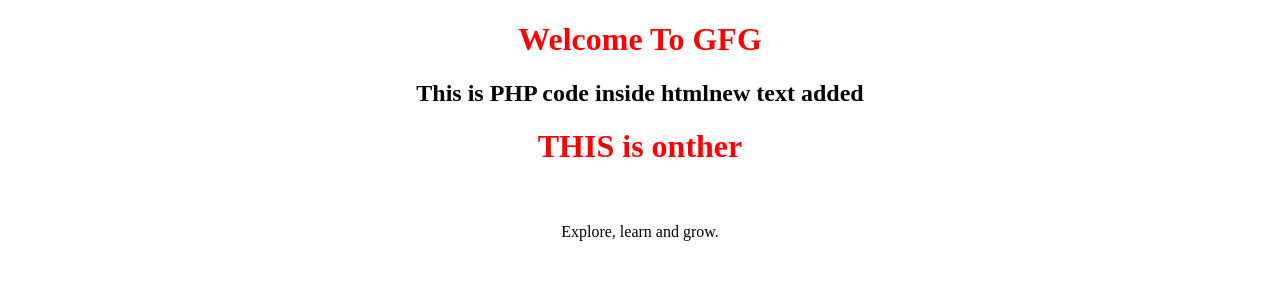
Repository: anish9914/phpprojectgh
Page: http://localhost/exsample1.php
The author's editor kept a copy of each file at every save. The page is drawn from the files as they stood at one save, then again after the next save.
The browser window is 1280 px wide. The pictures show the whole page.
The page is run by PHP 8.4 with error messages shown; the project is at /var/www/html/.

Above is the page before, as saved 2022-12-14 11:13:55.

### exsample1.php
<!DOCTYPE html>
<html>

<head>
    <style>
        h1 {
            color: red;
        }
    </style>
</head>

<body>
    <center>
        <h1>Welcome To GFG</h1>

        <h2>
            <?php
            echo "This is PHP code inside html";
            echo "new text added<br>";


            ?>
        </h2>

        <h1>THIS is onther</h1>
        <br><br>

        <?php
        echo 'Explore, learn and grow.'
        ?>
        </p>
    </center>
</body>

</html>

After the next save:
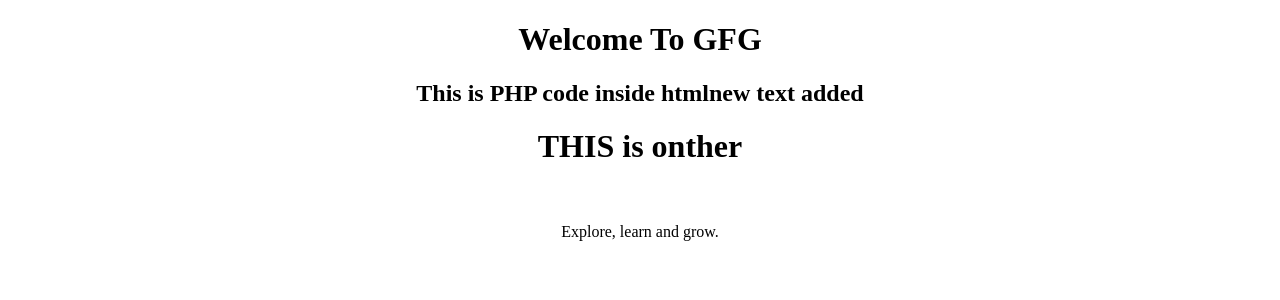
Saved 17 s later.
--- a/exsample1.php
+++ b/exsample1.php
@@ -4,7 +4,7 @@
 <head>
     <style>
         h1 {
-            color: red;
+            color: ;
         }
     </style>
 </head>
